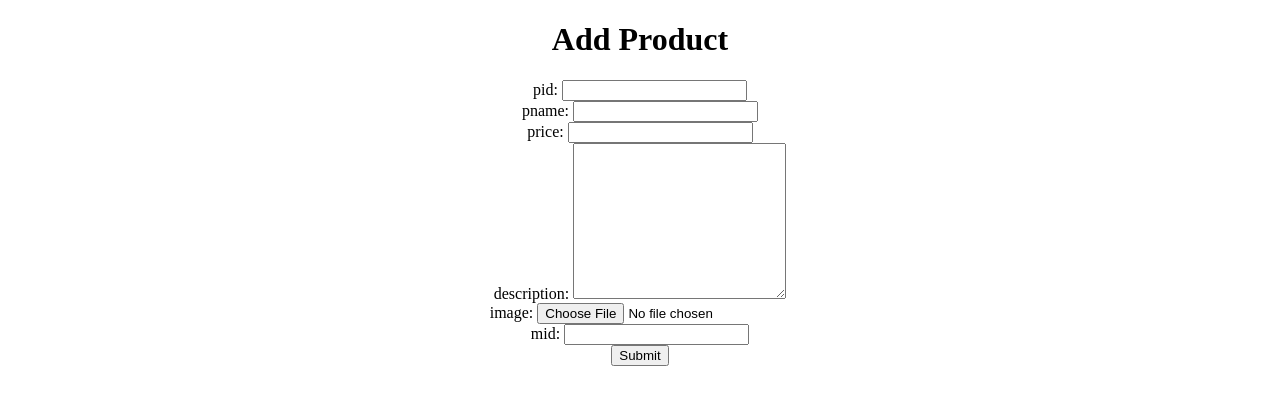
Repository: HariharanMiracle/CodeComplexity
Page: http://localhost/PAF/addProduct.jsp
The author's editor kept a copy of each file at every save. The page is drawn from the files as they stood at one save, then again after the next save.
The browser window is 1280 px wide. The pictures show the whole page.
The page is served by Tomcat 9. Other server files are loaded and not shown.

Above is the page before, as saved 2019-05-03 22:57:57.

### PAF/WebContent/addProduct.jsp
<%@ page language="java" contentType="text/html; charset=ISO-8859-1"
    pageEncoding="ISO-8859-1"%>
<!DOCTYPE html>
<html>
<head>
<meta charset="ISO-8859-1">
<title>Insert title here</title>
</head>
<body>
				<form style = "text-align: center" action="entry/product/addProduct" method="POST">
					<h1>Add Product</h1>
					<label>pid:</label> <input type="text" name="pid" required/><br/>
					<label>pname:</label> <input type="password" name="pname" required/><br/>
					<label>price:</label> <input type="password" name="price" required/><br/>
					<label>description:</label>
					<textarea rows="10" cols="24" name = "description"></textarea><br/>
					<label>image:</label> <input type="file" name="image" required/><br/>
					<label>mid:</label> <input type="text" name="mid" required/><br/>
					<input type="submit" value="Submit"/>
				</form>
</body>
</html>

After the next save:
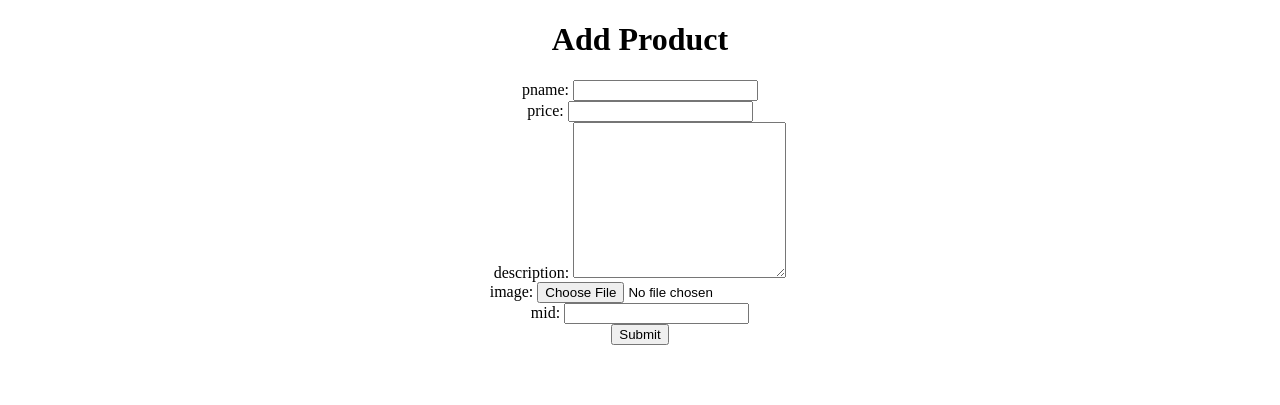
Saved 17 s later.
--- a/PAF/WebContent/addProduct.jsp
+++ b/PAF/WebContent/addProduct.jsp
@@ -9,7 +9,6 @@
 <body>
 				<form style = "text-align: center" action="entry/product/addProduct" method="POST">
 					<h1>Add Product</h1>
-					<label>pid:</label> <input type="text" name="pid" required/><br/>
 					<label>pname:</label> <input type="password" name="pname" required/><br/>
 					<label>price:</label> <input type="password" name="price" required/><br/>
 					<label>description:</label>
